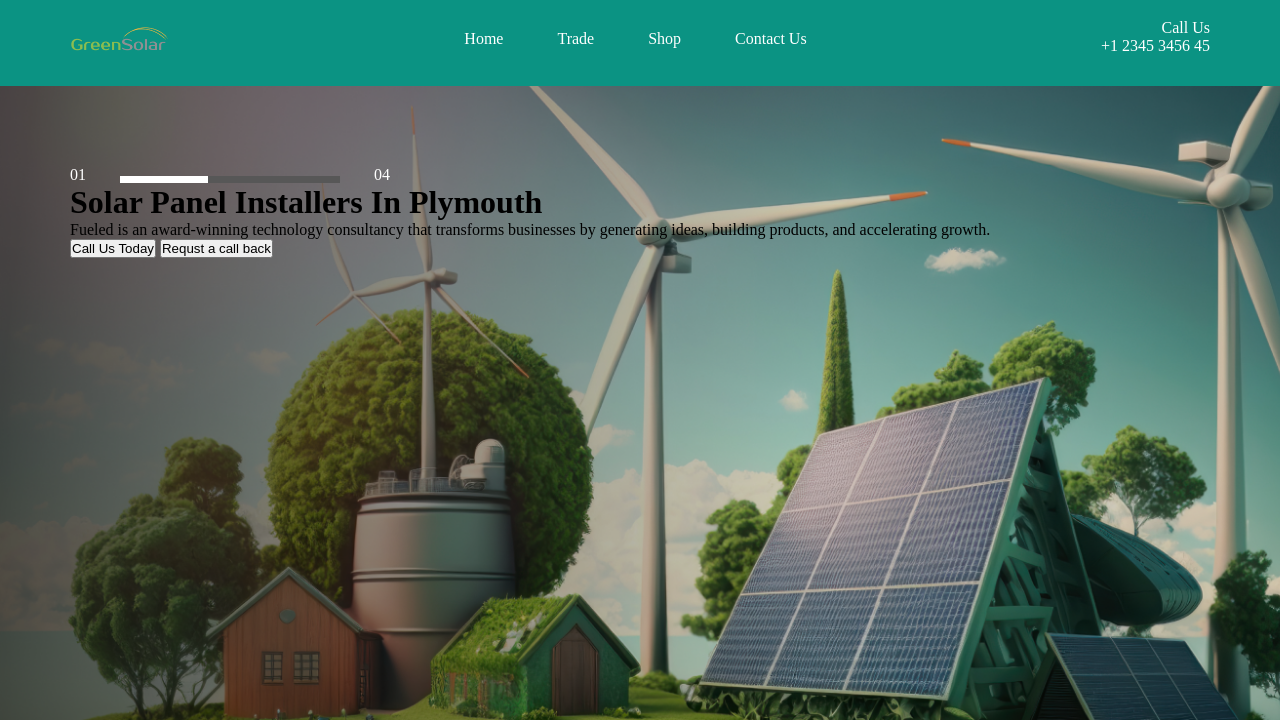
Repository: zeinawady/Solar-Company-Template
Page: index.html
These files come from the project's save history. The page is drawn as it stood at one moment and after a run of saves; the edit follows.
The browser window is 1280 px wide. The pictures show the whole page.

Above is the page before, as saved 2024-09-17 17:09:08.

After the next 3 saves:
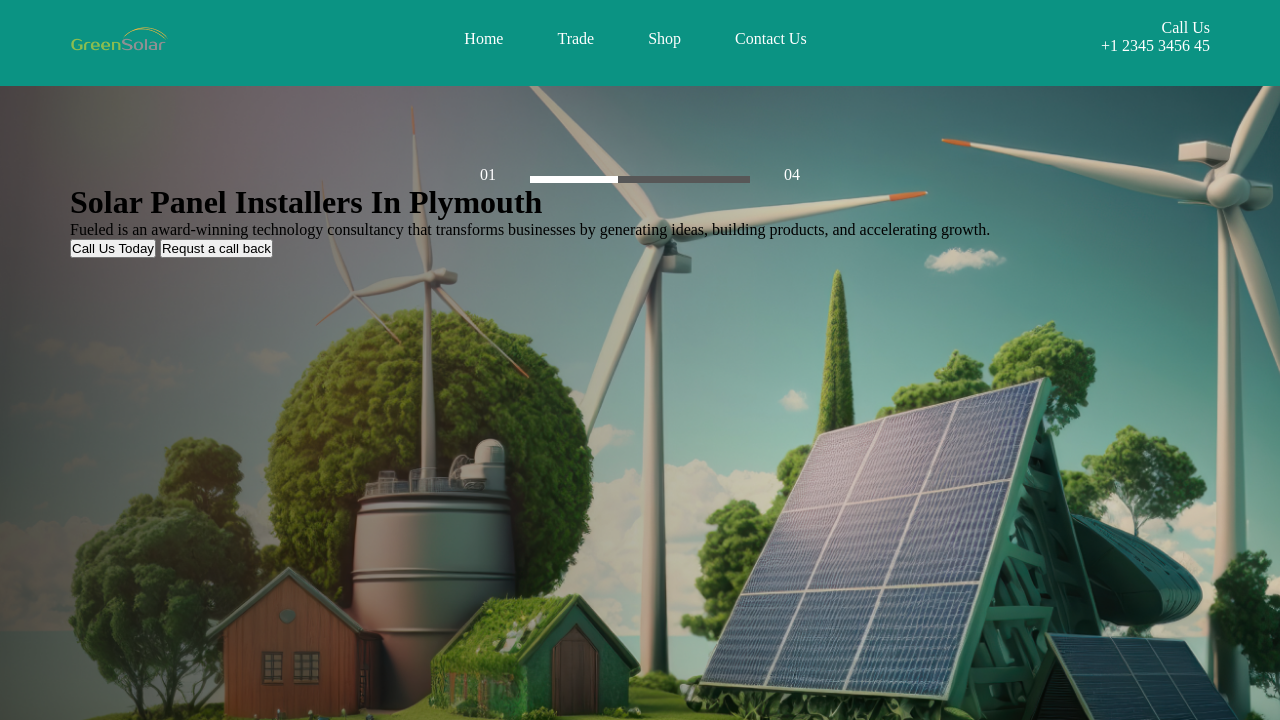
The 3 saves are shown as one change because they came seconds apart.
The last was saved 11 s later.
--- a/css/style.css
+++ b/css/style.css
@@ -118,6 +118,9 @@
     padding-top: 80px;
 
 }
+.progress-container{
+    text-align: center;
+}
 .progress-container span{
     color: white;
 font-weight: 500;

After the save that followed:
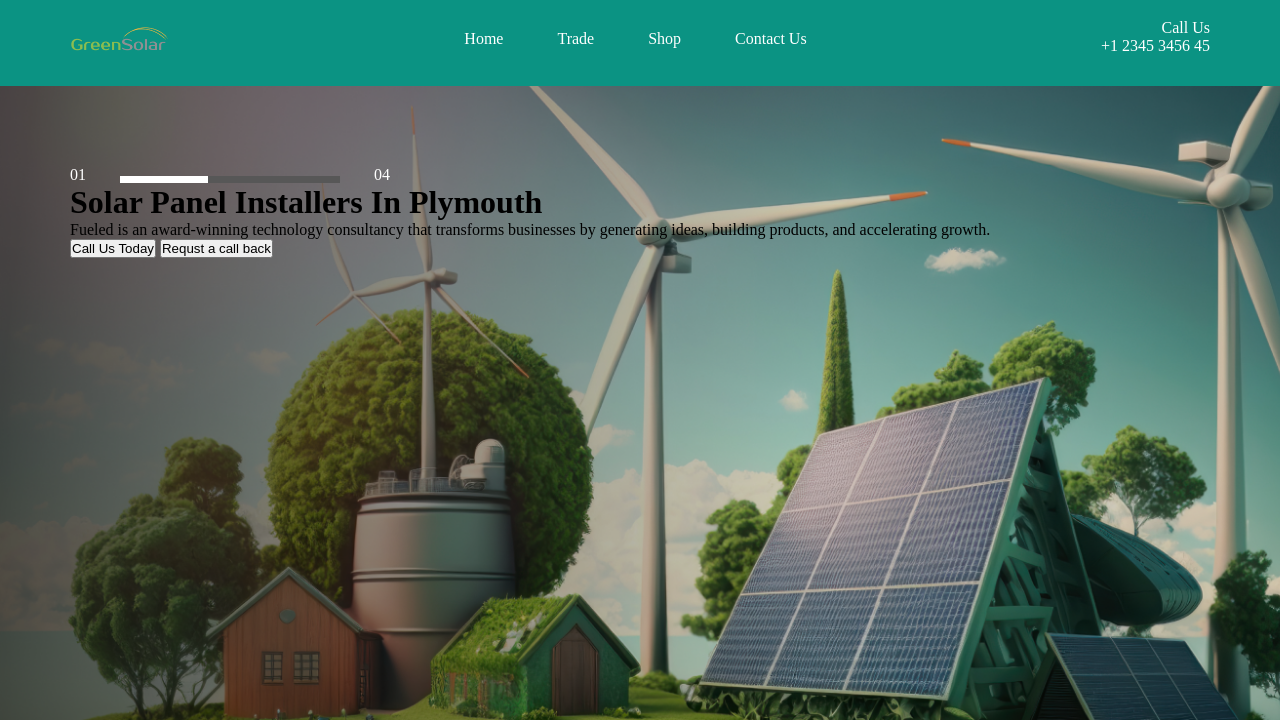
Saved 6 s later.
--- a/css/style.css
+++ b/css/style.css
@@ -119,7 +119,7 @@
 
 }
 .progress-container{
-    text-align: center;
+    align-items: center;
 }
 .progress-container span{
     color: white;
